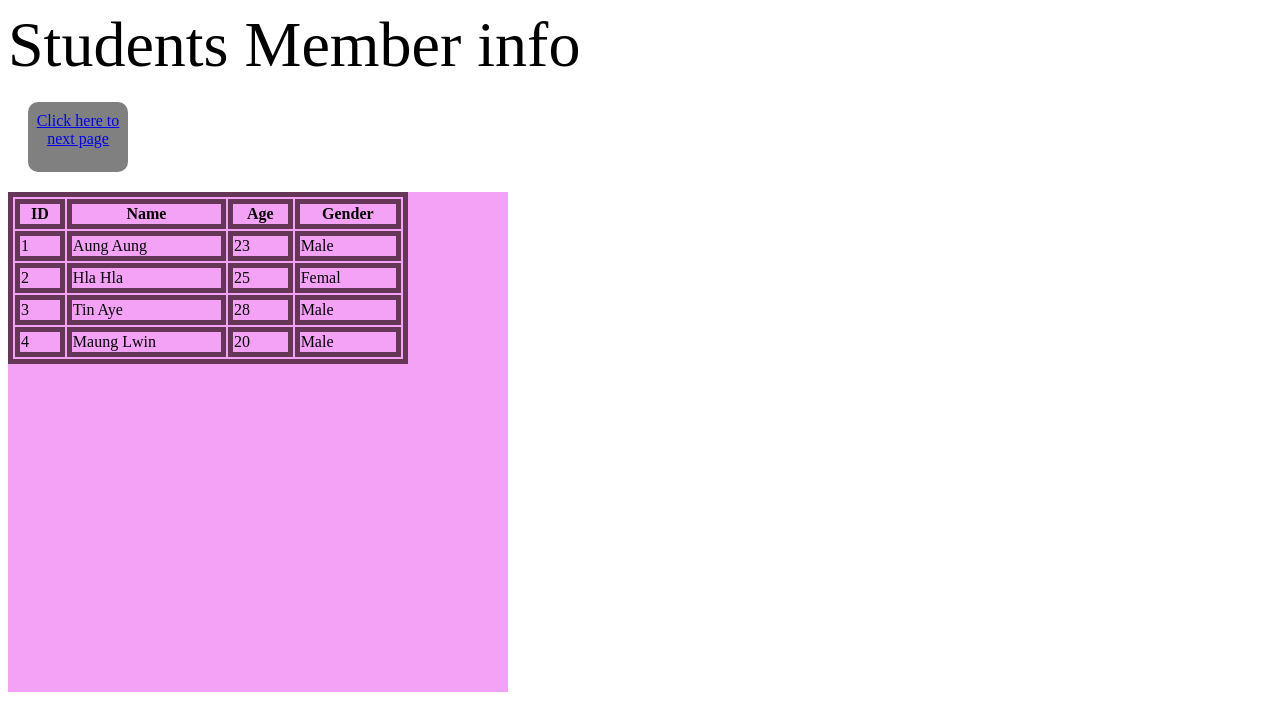
Repository: ThantLwinSoe/Servlet
Page: 01-Communication/src/main/webapp/index.html
These files come from the project's save history. The page is drawn as it stood at one moment and after the next save; the edit follows.
The browser window is 1280 px wide. The pictures show the whole page.

Above is the page before, as saved 2023-02-07 03:01:45.

After the next save:
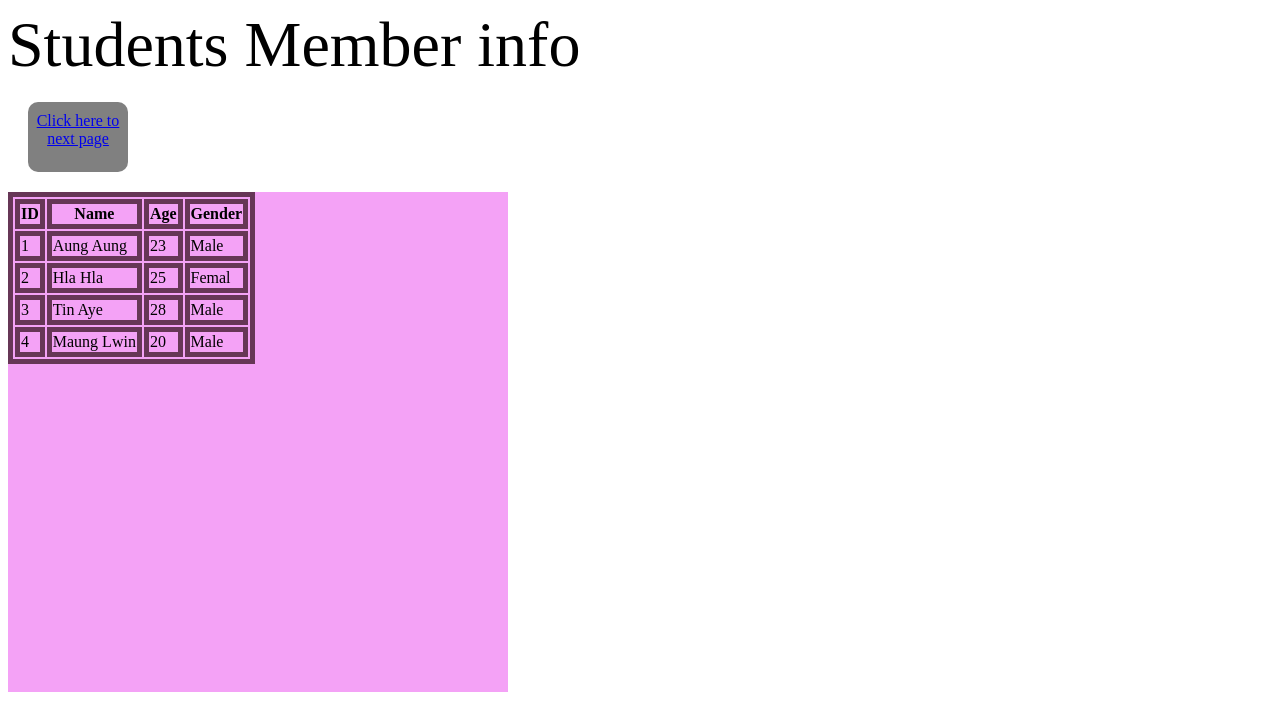
Saved 3 min 13 s later.
--- a/01-Communication/src/main/webapp/index.html
+++ b/01-Communication/src/main/webapp/index.html
@@ -35,7 +35,7 @@ h {
 		<a href="hello">Click here to next page</a>
 	</div>
 	<div class="st_info">
-		<table class="table_one" width="80%">
+		<table class="table_one" >
 			<thead>
 				<tr>
 					<th>ID</th>
